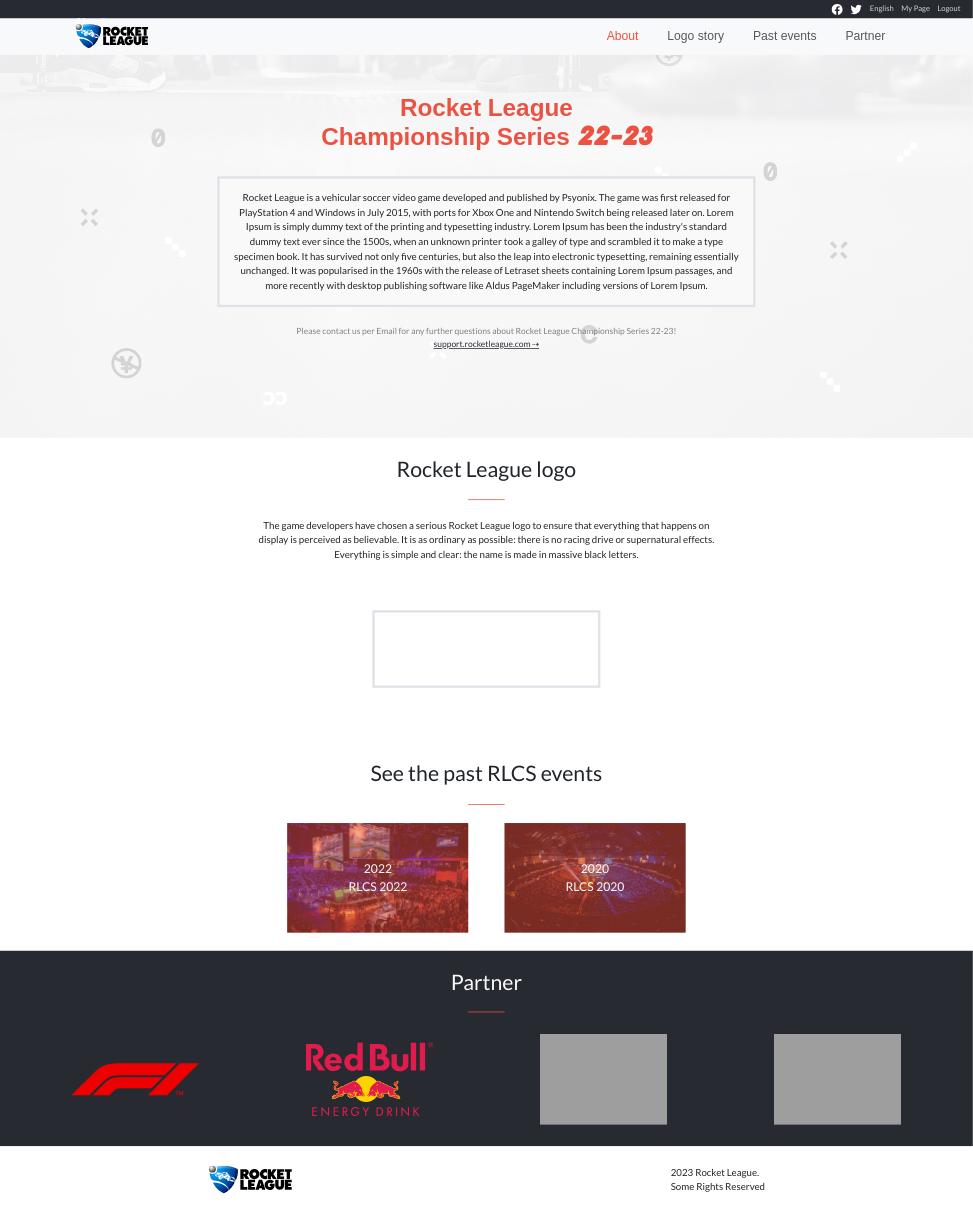
Repository: Salimer/RLCS-event-landing-page
Page: about.html
An editor plug-in stored every save of this project. The page is shown before and after a run of saves, followed by the edit.
The browser window is 1280 px wide. The pictures show the whole page, at 76% of full size.
Pictures or frames that could not be fetched are drawn as grey boxes. Backgrounds fixed to the window are drawn as part of the page.

Above is the page before, as saved 2023-04-20 15:25:30.

### about.html
<!DOCTYPE html>
<html lang="en">
<head>
    <meta charset="UTF-8">
    <meta http-equiv="X-UA-Compatible" content="IE=edge">
    <meta name="viewport" content="width=device-width, initial-scale=1.0">
    <link href="https://cdn.jsdelivr.net/npm/bootstrap@5.3.0-alpha3/dist/css/bootstrap.min.css" rel="stylesheet" integrity="sha384-KK94CHFLLe+nY2dmCWGMq91rCGa5gtU4mk92HdvYe+M/SXH301p5ILy+dN9+nJOZ" crossorigin="anonymous">
    <link href="https://fonts.googleapis.com/css?family=Lato&display=swap" rel="stylesheet">
    <link rel="stylesheet" href="style.css">
    <title>Rocket league event</title>
</head>
<body>
  <header>
    <div id="social-media" class="pe-3 py-1">
      <a href="https://www.facebook.com/s.bamahfoodh"><img src="Assets/icons/facebook.svg" alt="facebook"></a>
      <a href="#"><img src="Assets/icons/twitter.svg" alt="twitter"></a>
      <a href="#">English</a>
      <a href="https://salimer.github.io/Portfolio/">My Page</a>
      <a href="#">Logout</a>
    </div>
    <nav class="navbar navbar-expand-md p-0">
        <div class="container-fluid bg-light">
          <a class="navbar-brand" href="index.html"><img src="Assets/images/Rocket_League_logo.svg" alt="Rocket_League_logo"></a>
          <button id="hamburger" class="navbar-toggler bg-light" type="button" data-bs-toggle="collapse" data-bs-target="#navbarSupportedContent" aria-controls="navbarSupportedContent" aria-expanded="false" aria-label="Toggle navigation">
            <span class="navbar-toggler-icon"></span>
          </button>
          <div class="collapse navbar-collapse  ps-3" id="navbarSupportedContent">
            <ul class="navbar-nav ms-auto mb-2 mb-lg-0">
              <li class="nav-item">
                <a id="home" class="nav-link active" aria-current="page" href="#">About</a>
              </li>
              <li class="nav-item">
                <a class="nav-link" href="#logo-story">Logo story</a>
              </li>
              <li class="nav-item">
                <a class="nav-link" href="#past-events">Past events</a>
              </li>
              <li class="nav-item">
                <a class="nav-link" href="#partner">Partner</a>
              </li>
              <li class="desktop-hide">
                <a href="https://www.facebook.com/s.bamahfoodh"><img src="Assets/icons/facebook.svg" alt="facebook"></a>
              </li>
              <li class="desktop-hide">
                <a href="#"><img src="Assets/icons/twitter.svg" alt="twitter"></a>
              </li>
              <li class="desktop-hide">
                <a href="https://salimer.github.io/Portfolio/">My Page</a>
              </li>
              <li class="desktop-hide">
                <a href="#">Logout</a>
              </li>
            </ul>
          </div>
        </div>
      </nav>
  </header>
    <main>
        <section id="about-bg" class="headline py-5 px-2 d-flex flex-column align-items-center justify-content-center text-center">
            <div class="headline-text headline-text-about d-flex flex-column justify-content-center align-items-center py-3">
                <h1 class="m-2">Rocket League<br>Championship Series <span>22-23</span></h1>
                <p class="border border-3 p-3 py-3 my-4">
                    Rocket League is a vehicular soccer video game developed and published by Psyonix. The game was first released for PlayStation 4 and Windows in July 2015, with ports for Xbox One and Nintendo Switch being released later on.
                    Lorem Ipsum is simply dummy text of the printing and typesetting industry. Lorem Ipsum has been the industry's standard dummy text ever since the 1500s, when an unknown printer took a galley of type and scrambled it to make a type specimen book. It has survived not only five centuries, but also the leap into electronic typesetting, remaining essentially unchanged. It was popularised in the 1960s with the release of Letraset sheets containing Lorem Ipsum passages, and more recently with desktop publishing software like Aldus PageMaker including versions of Lorem Ipsum.
                </p>
                <p id="contact" class="px-3 m-0">
                    Please contact us per Email for any further questions about Rocket League Championship Series 22-23!
                </p>
                <span id="location"><a href="#">support.rocketleague.com ⇢</a></span>
              </div>
        </section>
        <section id="logo-story" class="logo-story d-flex flex-column align-items-center p-4 text-center">
            <h3>Rocket League logo</h3>
            <div class="underline mb-4"></div>
            <p class="w-md-50">
                The game developers have chosen a serious Rocket League logo to ensure that everything that happens on display is perceived as believable. It is as ordinary as possible: there is no racing drive or supernatural effects. Everything is simple and clear: the name is made in massive black letters.
            </p>
            <img class="border border-3 p-5 my-5" src="Assets/images/Rocket_League_logo.svg" alt="Rocket_League_logo" height="100px" width="300rem">
        </section>
        <section id="past-events" class="past-events d-flex flex-column align-items-center p-4 text-center">
            <h3>See the past RLCS events</h3>
            <div class="underline mb-4"></div>
            <div class="d-flex flex-column flex-md-row justify-content-md-center">
              <a class="event-holder text-light" href="#">
                <div class="d-flex flex-column align-items-center">
                    <span>2022</span>
                    <span>RLCS 2022</span>
                </div>
            </a>
            <a class="event-holder-2 text-light" href="#">
                <div class="d-flex flex-column align-items-center">
                    <span>2020</span>
                    <span>RLCS 2020</span>
                </div>
            </a>
            </div>
        </section>
        <section id="partner" class="partner d-flex flex-column align-items-center p-4 text-center">
          <h3 class="text-light">Partner</h3>
          <div class="underline mb-4"></div>
          <div class="partner-imgs w-100 d-flex flex-wrap flex-column flex-md-row justify-content-around align-items-center">
              <img id="f1" class="p-1" src="Assets/partners/F1-logo red.svg" alt="F1-logo">
              <img id="redbull" class="p-1" src="Assets/partners/redbullenergydrink.svg" alt="RedBull logo">
              <img id="ford" class="p-1" src="Assets/partners/Ford_logo_flat.svg" alt="Ford logo">
              <img id="mclaren" class="p-1" src="Assets/partners/mclaren.svg" alt="Mclaren logo">
          </div>
        </section>
    </main>
    <footer class="d-flex justify-content-around align-items-center p-4">
        <img src="Assets/images/Rocket_League_logo.svg" alt="Rocket_League_logo">
        <p class="m-0">2023 Rocket League.<br>Some Rights Reserved</p>
    </footer>

    <script src="https://cdn.jsdelivr.net/npm/bootstrap@5.3.0-alpha3/dist/js/bootstrap.bundle.min.js" integrity="sha384-ENjdO4Dr2bkBIFxQpeoTz1HIcje39Wm4jDKdf19U8gI4ddQ3GYNS7NTKfAdVQSZe" crossorigin="anonymous"></script>
</body>
</html>

### style.css
@font-face {
  font-family: 'CocoGoose';
  src: url('Assets/fonts/CocoGoose/Cocogoose\ Pro-trial.ttf') format('truetype');
  font-family: 'CocoGooseNum';
  src: url('Assets/fonts/CocoGoose/Cocogoose\ Pro\ Italic-trial.ttf') format('truetype');
  font-weight: normal;
  font-style: normal;
}

* {
  margin: 0;
  padding: 0;
  box-sizing: border-box;
  scroll-behavior: smooth;
}

body {
  font-family: 'lato', sans-serif;
}

/* Header  */
header {
  font-family: 'CocoGoose', sans-serif;
  position: fixed;
  width: 100%;
  z-index: 1;
}

header > div {
  display: none;
  justify-content: end;
  align-items: center;
  gap: 10px;
  background-color: #272a31;
  padding-right: 7rem;
}

a {
  text-decoration: none;
}

header > div a {
  font-family: 'lato', sans-serif;
  font-size: 10px;
  color: #d3d3d3;
}

.nav-link {
  border: 4px solid transparent;
}

#RLCS {
  color: #ec5242;
  border: 4px solid #ec5242;
  display: none;
}

.navbar-nav {
  margin-right: 5.7rem;
  gap: 14px;
}

.navbar-brand {
  margin-left: 5.4rem;
  display: none;
}

.desktop-hide {
  padding: 0.5rem 0;
}

.desktop-hide a {
  color: #000000a6;
}

/* ================================================ */

/* Footer  */
footer img {
  height: 2.5rem;
}

/* ================================================ */

header > div img {
  height: 15px;
  filter: invert(100%);
}

header nav img {
  height: 35px;
}

/* ===================================================== */

/* Partner  */
.partner img {
  height: 4rem;
  width: 7rem;
}

/* ===================================================== */

#home {
  color: #ec5242;
}

#hamburger {
  border: 2px solid #ec5242;
}

/* backgrounds  */
#home-bg {
  background-image: url('Assets/images/header.png');
  background-repeat: no-repeat;
  background-size: center center;
  background-attachment: fixed;
}

#about-bg {
  background-image: url('Assets/images/header.png');
  background-repeat: no-repeat;
  background-size: center center;
  background-attachment: fixed;
}

/* Headline  */
.headline {
  height: 80vh;
}

.headline-text p {
  background-color: #f9f9f9;
 }

/* ================================================ */

/* Headline  */
h2 span {
  font-family: 'CocoGoose', sans-serif;
}

/* Main program  */
.main-program span {
  min-width: 4.4rem;
  color: #ec5242;
}

/* Featured  */
.team span {
  color: #ec5242;
}

/* ================================================ */

.headline h1 span {
  font-family: 'CocoGooseNum', sans-serif;
}

p {
  font-size: 0.8em;
}

h1 {
  font-family: 'CocoGoose', sans-serif;
  font-weight: bold;
  color: #ec5242;
}

h2 {
  font-family: 'CocoGooseNum', sans-serif;
  color: #272a31;
  font-size: 1.2rem;
}

#location {
  font-size: 0.7rem;
}

/* Main program  */

.main-program h3 {
  color:rgba(222, 226, 230, 0.9);
}

.main-program {
  background-color: #272a31;
}

.main-program-cards {
  display: flex;
  flex-direction: column;
  justify-content: stretch;
  align-items: stretch;
}

.main-program article {
  background-color: rgba(255, 255, 255, 0.13);
  max-width: 30rem;
}

.main-program img {
  width: 11%;
  filter: invert(100%);
}

.main-program button {
  background-color: #ec5242;
}

#whole-program {
  text-decoration: underline;
  color:rgba(222, 226, 230, 0.9);
}

/* Featured  */
.featured {
  background-color: #f8f8f8;
}

.featured article {
  background-color: transparent;
}

.underline {
  height: 1rem;
  width: 30%;
  max-width: 3rem;
  border-bottom: 1px solid #ec5242;
}

.featured .card {
  border: 0;
  max-width: 40rem;
}

.featured .card-title {
  margin-top: 17px;
}

.featured-image-holder {
  width: 38%;
  height: 6rem;
  background-image: url("Assets/images/transparent.jpg");
  background-size: 50% 50%;
  /* background-size: cover; */
  background-repeat: no-repeat;
}

.featured-image-holder img {
  width: 87%;
  height: 87%;
}

.team {
  width: 100%;
}

.team .underline {
  height: 0;
  width: 10%;
  border-bottom: 1px solid #d3d3d3;
}

/* About page ============================================ */

/* Headline  */
#contact {
  color: gray;
  background-color: transparent;
  font-size: 0.7rem;
}

#location a {
  text-decoration: underline;
  color: #272a31;
}

/* Past events  */
.past-events a {
  text-decoration: none;
  padding: 3rem 5rem;
}

.past-events a + a {
  margin-top: 3rem;
}

.event-holder {
  background: linear-gradient(rgba(236, 82, 66, 0.5), rgba(236, 82, 66, 0.5)), url('Assets/images/2022.jpg');
  background-repeat: no-repeat;
  background-size: 100% 100%;
}

.event-holder-2 {
  background: linear-gradient(rgba(236, 82, 66, 0.5), rgba(236, 82, 66, 0.5)), url('Assets/images/2020.jpg');
  background-repeat: no-repeat;
  background-size: 100% 100%;
}

/* Partner  */
.partner {
  background-color: #272a31;
}

/* desktop version ============================================ */
@media screen and (min-width: 768px) {
  /* backgrounds  */
  #home-bg {
    background-image: url('Assets/images/header.png');
    background-size: 100% 100%;
  }

  #about-bg {
    background-image: url('Assets/images/header.png');
    background-size: 100% 100%;
  }

  /* Header  */
  header > div {
    display: flex;
  }

  .desktop-hide {
    display: none;
  }

  .navbar-brand {
    margin-left: 5.4rem;
    display: block;
  }

  #RLCS {
    display: block;
  }

  /* Headline  */
  .headline {
    height: 80vh;
  }

  .headline h1 {
    font-size: 2rem;
  }

  .headline-text {
    width: 70%;
    margin-left: 5.4rem;
  }

  .headline-text p {
    max-width: 60%;
  }

  /* Main program  */
  .main-program-cards {
    flex-direction: row;
    flex-wrap: wrap;
    justify-content: center;
    text-align: center;
  }

  .main-program-cards article {
    max-width: 10rem;
  }

  .main-program-cards article + article {
    margin-left: 0.5rem;
  }

  .main-program img {
    min-width: 30%;
  }

  /* ================================================ */

  /* Logo story  */
  .logo-story p {
    max-width: 50%;
  }

  /* ================================================ */

  .main-program-cards article p {
    max-width: 8rem;
  }

  /* Featured  */
  .featured-cards {
    flex-wrap: wrap;
  }

  .featured .card {
    max-width: 48%;
  }

  .featured-image-holder {
    width: 38%;
    max-width: unset;
    height: unset;
    background-image: url("Assets/images/transparent.jpg");
    background-size: 50% 50%;
    background-repeat: no-repeat;
  }

  /* About page ============================================ */
  /* headline  */
  .headline-text-about {
    margin-left: 0;
  }

  .headline-text-about p {
    max-width: 80%;
  }
  /* Past events  */
  .past-events a + a {
    margin-top: 0;
    margin-left: 3rem;
  }

  /* Partner  */
  .partner img {
    height: 8rem;
    width: 11rem;
  }
}

After the next 2 saves:
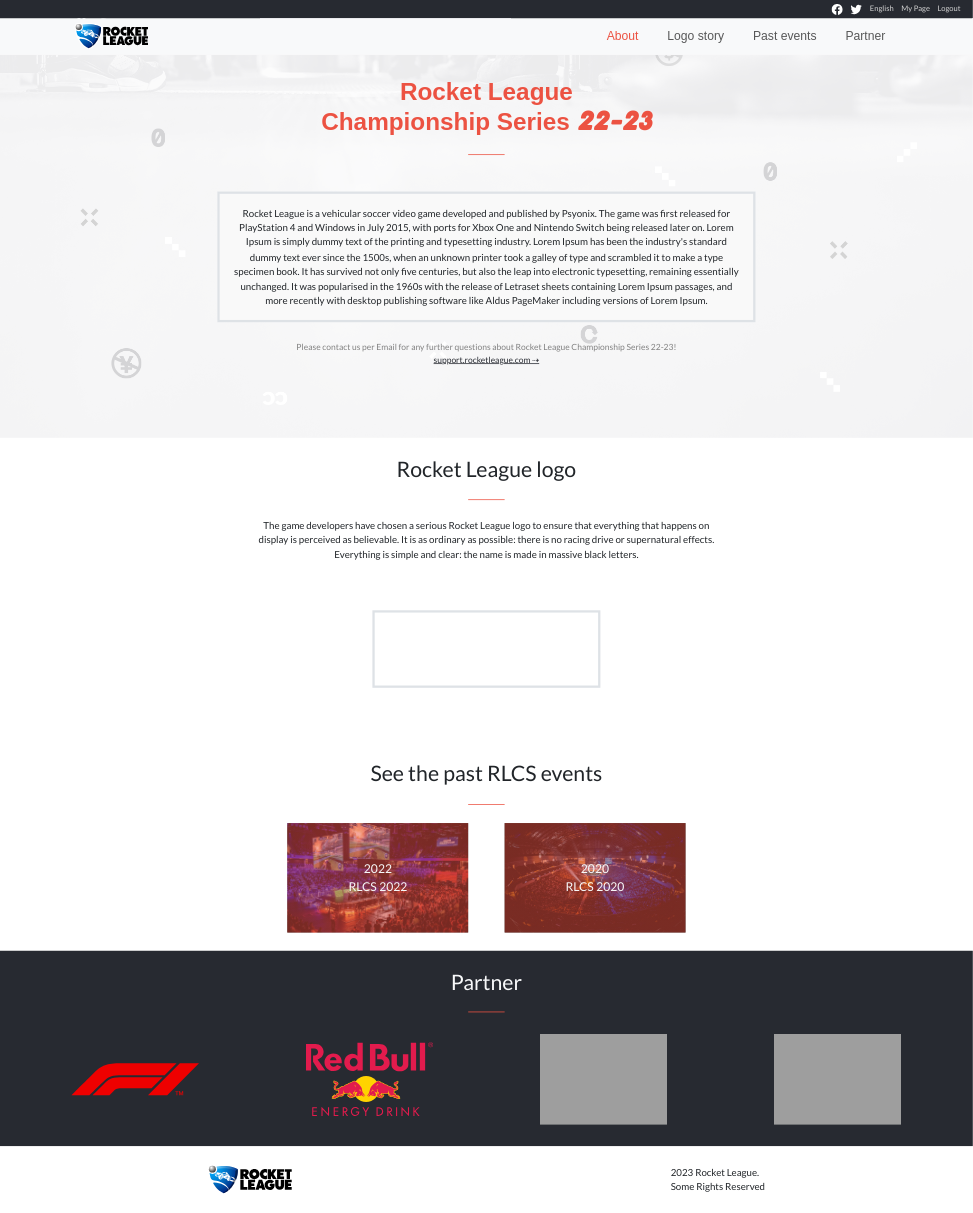
The 2 saves are shown as one change because they came seconds apart.
The last was saved 40 s later.
--- a/about.html
+++ b/about.html
@@ -59,6 +59,7 @@
         <section id="about-bg" class="headline py-5 px-2 d-flex flex-column align-items-center justify-content-center text-center">
             <div class="headline-text headline-text-about d-flex flex-column justify-content-center align-items-center py-3">
                 <h1 class="m-2">Rocket League<br>Championship Series <span>22-23</span></h1>
+                <div class="underline mb-4"></div>
                 <p class="border border-3 p-3 py-3 my-4">
                     Rocket League is a vehicular soccer video game developed and published by Psyonix. The game was first released for PlayStation 4 and Windows in July 2015, with ports for Xbox One and Nintendo Switch being released later on.
                     Lorem Ipsum is simply dummy text of the printing and typesetting industry. Lorem Ipsum has been the industry's standard dummy text ever since the 1500s, when an unknown printer took a galley of type and scrambled it to make a type specimen book. It has survived not only five centuries, but also the leap into electronic typesetting, remaining essentially unchanged. It was popularised in the 1960s with the release of Letraset sheets containing Lorem Ipsum passages, and more recently with desktop publishing software like Aldus PageMaker including versions of Lorem Ipsum.
